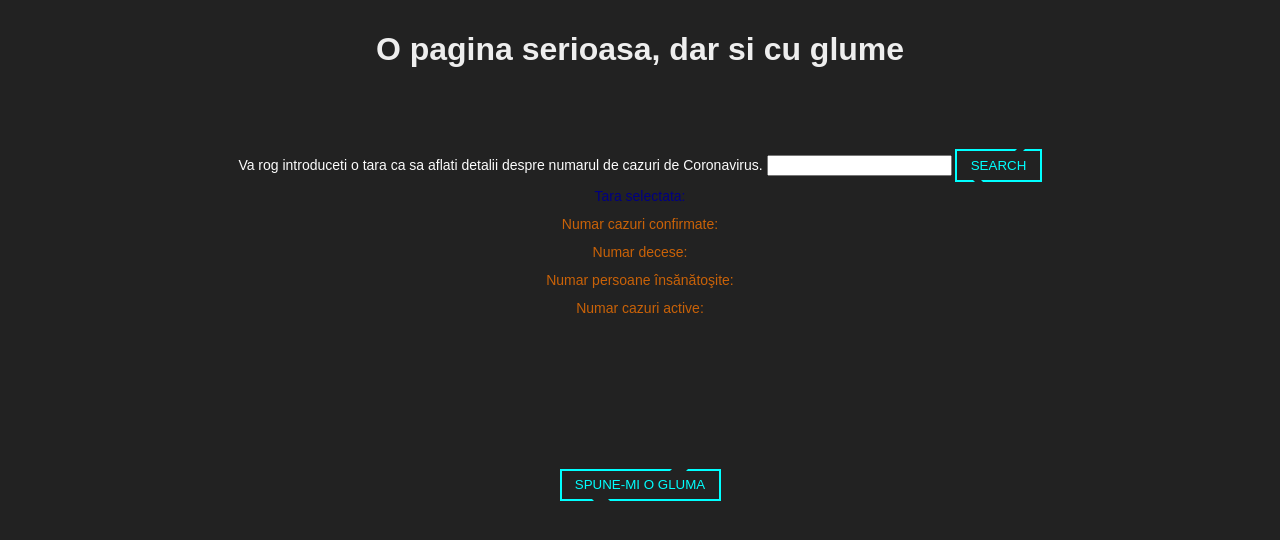
Repository: vladturturica97/proiect-cc2
Page: server/frontend/index.html
The author's editor kept a record of every edit. The page is drawn from the files as they stood at one moment, then again after the next edit.
The browser window is 1280 px wide. The pictures show the whole page.

Above is the page before.

### server/frontend/index.html
<html>
<head>
    <style type="text/css">
        body {
            display: flex;
          flex-direction: column;
          height: 93vh;
          justify-content: center;
          align-items: center;
          background: #222;
          color: #eee;
          font-family: "Dosis", sans-serif;

        }

        .spoiler, .spoiler2{
            color: black;
            background-color:black;
        }

        .spoiler:hover{
            color: white;
        }

        .spoiler2:hover {
            background-color:white;
        }
        .underlined-a {
              text-decoration: none;
              color: aqua;
              padding-bottom: 0.15em;
              box-sizing: border-box;
              box-shadow: inset 0 -0.2em 0 aqua;
              transition: 0.2s;
        }
        .underlined-a:hover {
            color: #222;
            box-shadow: inset 0 -2em 0 aqua;
            transition: all 0.45s cubic-bezier(0.86, 0, 0.07, 1);
        }

        .brk-btn {
  position: relative;
  background: none;
  color: aqua;
  text-transform: uppercase;
  text-decoration: none;
  border: 0.2em solid aqua;
  padding: 0.5em 1em;

    }


  .brk-btn:before {
    content: "";
    display: block;
    position: absolute;
    width: 10%;
    background: #222;
    height: 0.3em;
    right: 20%;
    top: -0.21em;
    transform: skewX(-45deg);
    -webkit-transition: all 0.45s cubic-bezier(0.86, 0, 0.07, 1);
    transition: all 0.45s cubic-bezier(0.86, 0, 0.07, 1);
  }
  .brk-btn:after {
    content: "";
    display: block;
    position: absolute;
    width: 10%;
    background: #222;
    height: 0.3em;
    left: 20%;
    bottom: -0.25em;
    transform: skewX(45deg);
    -webkit-transition: all 0.45 cubic-bezier(0.86, 0, 0.07, 1);
    transition: all 0.45s cubic-bezier(0.86, 0, 0.07, 1);
  }
  .brk-btn:hover::before {
      right: 80%;
    }
   .brk-btn:hover::after {
      left: 80%;
    }

    p {
	font-size: 14;
	font-weight: 400;
	line-height: 2;
	margin-bottom: 1.5em;
	color: #fcfcfc;
	text-align: center;
    }
    /*h1 {
	font-size: calc(2.8em + 2.6vw);
	font-weight: 700;
	letter-spacing: .01em;
	padding: 10rem 0 0 4.5rem;
	text-shadow: .022em .022em .022em #111;
	color: #fff;
    }*/
    header {
    position: absolute;
      left: 50%;
      top: 50px;
      transform: translate(-50%, -50%);
      width: 600px;
      text-align: center;
    }
  </style>
</head>
<header><h1>O pagina serioasa, dar si cu glume</h1></header>
<body>


<script>
    function isEmpty(obj) {
        for(var key in obj) {
            if(obj.hasOwnProperty(key))
                return false;
            }
                return true;
    }

    function readCovidJson(){
            if(this.readyState == 4 && this.status == 200){
                var jsonn = JSON.parse(this.responseText);
                if(isEmpty(jsonn)){
                    window.alert("Tara invalida");
                }
                else {
                    var lastElement = jsonn[jsonn.length-1];
                    var country = lastElement.Country;
                    document.getElementById('country').innerHTML = country;

                    var confirmed = lastElement.Confirmed;
                    document.getElementById('confirmed').innerHTML = confirmed;

                    var deaths = lastElement.Deaths;
                    document.getElementById('deaths').innerHTML = deaths;

                    var recovered = lastElement.Recovered;
                    document.getElementById('recovered').innerHTML = recovered;

                    var active = lastElement.Active;
                    document.getElementById('active').innerHTML = active;
                }
            }
    }

    function importCountry(){
        var countryInput = document.getElementById("countryInput").value;

        var xhr = new XMLHttpRequest();
        xhr.overrideMimeType("application/json");
        xhr.onreadystatechange = readCovidJson;
        xhr.open("POST", "/country", true);
        xhr.setRequestHeader('Content-Type', 'application/json;charset=UTF-8');
        xhr.send(JSON.stringify({country: countryInput}));
        console.log(xhr);

    }

    function readJoke(){
            if(this.readyState == 4 && this.status == 200){
                var jsonn = JSON.parse(this.responseText);
                var jokeSetup = jsonn[0].setup;
                document.getElementById('jokeSetup').innerHTML = jokeSetup;

                var jokePunchline = jsonn[0].punchline;
                document.getElementById('jokePunchline').innerHTML = jokePunchline;
                }
    }

    function importJoke(){
        var xhr = new XMLHttpRequest();
        xhr.overrideMimeType("application/json");
        xhr.onreadystatechange = readJoke;
        xhr.open("POST", "/joke", true);
        xhr.setRequestHeader('Content-Type', 'application/json;charset=UTF-8');
        xhr.send(null);
    }
</script>

<p>
Va rog introduceti o tara ca sa aflati detalii despre numarul de cazuri de Coronavirus.
<input type="text" id="countryInput" name="search">
<button onclick="importCountry()" class="brk-btn">Search</button><br>

        <label style="color:#000080" > Tara selectata: </label>
        <label id="country" class="underlined-a">  </label><br>
        <label style="color:#c96208" > Numar cazuri confirmate: </label>
        <label id="confirmed" class="underlined-a">  </label><br>
        <label style="color:#c96208" > Numar decese: </label>
        <label id="deaths" class="underlined-a">  </label><br>
        <label style="color:#c96208"> Numar persoane însănătoşite: </label>
        <label id="recovered" class="underlined-a">  </label><br>
        <label style="color:#c96208"> Numar cazuri active: </label>
        <label id="active" class="underlined-a" >  </label><br><br><br><br><br>
    </p>

    <p>
        <button onclick="importJoke()" class="brk-btn">Spune-mi o gluma</button><br>
        <label id="jokeSetup"> </label><br>
        <span class="spoiler2"> <label id="jokePunchline">              </label> </span>
    </p>
</body>
</html>

After the next edit:
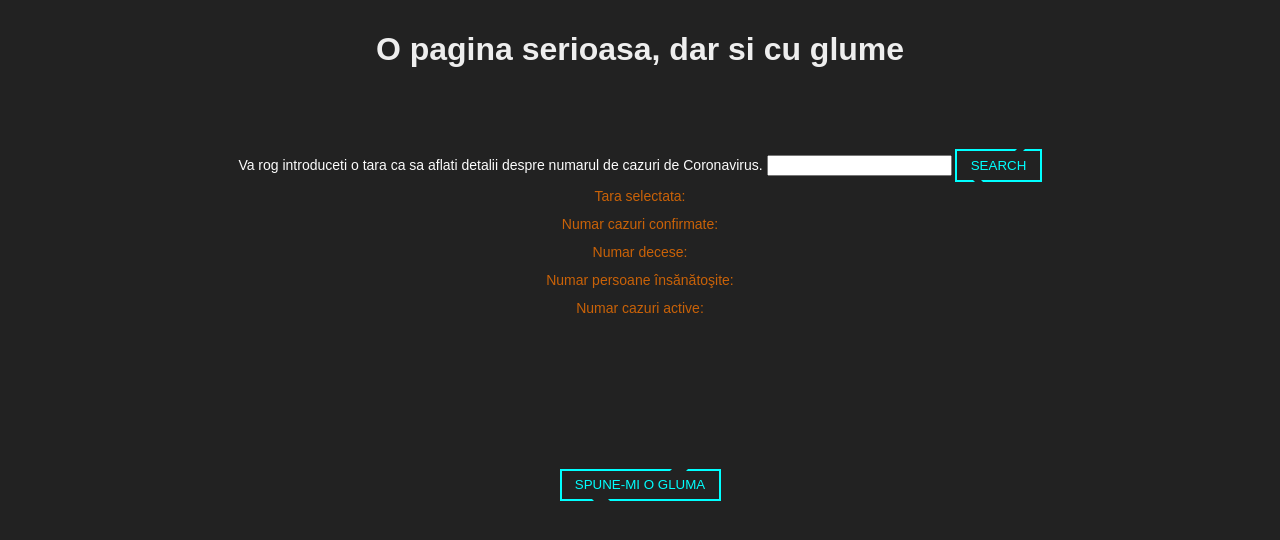
The edit:
--- a/server/frontend/index.html
+++ b/server/frontend/index.html
@@ -188,7 +188,7 @@
 <input type="text" id="countryInput" name="search">
 <button onclick="importCountry()" class="brk-btn">Search</button><br>
 
-        <label style="color:#000080" > Tara selectata: </label>
+        <label style="color:#c96208" > Tara selectata: </label>
         <label id="country" class="underlined-a">  </label><br>
         <label style="color:#c96208" > Numar cazuri confirmate: </label>
         <label id="confirmed" class="underlined-a">  </label><br>
